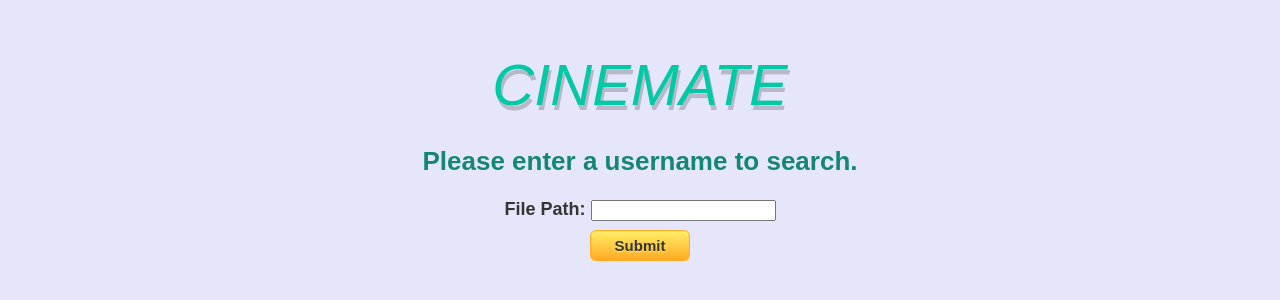
Repository: ir1998/cs201
Page: http://localhost/Assignment2/SearchUsers.jsp
The author's editor kept a copy of each file at every save. The page is drawn from the files as they stood at one save, then again after the next save.
The browser window is 1280 px wide. The pictures show the whole page.
The page is served by Tomcat 9.

Above is the page before, as saved 2017-02-11 00:49:43.

After the next save:
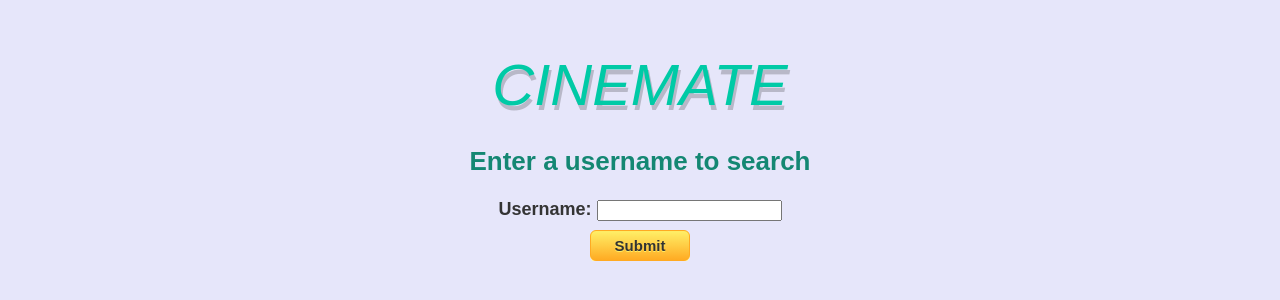
Saved 54 s later.
--- a/Assignment2/WebContent/SearchUsers.jsp
+++ b/Assignment2/WebContent/SearchUsers.jsp
@@ -8,14 +8,14 @@
 </head>
 <body bgcolor="#E6E6FA">
 <h1 id="Title1" >Cinemate</h1>
-<h2 id="Title2" >Please enter a username to search.</h2>
+<h2 id="Title2" >Enter a username to search</h2>
 </head>
 <body>
 <%
 	if(request.getAttribute("searchResults") == null){
 %>
-	<form id="form1" method="GET" action="FirstServlet">
-		<h2 id="Title4">File Path: <input type="text" name="file"></h2>
+	<form id="form1" method="GET" action="UserSearchServlet">
+		<h2 id="Title4">Username: <input type="text" name="file"></h2>
 		<div id="ButtonHolder">
 			<input id="MyButton" type="submit" value="Submit" name="Submit">
 		</div>
